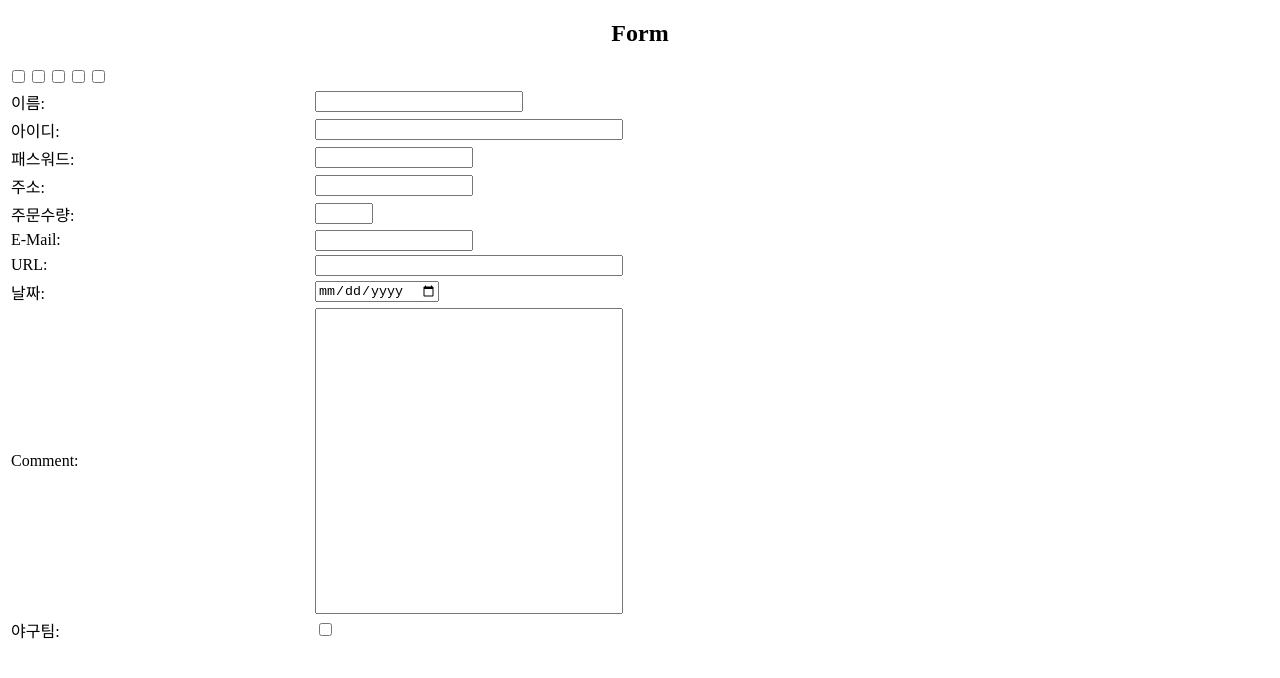
Repository: gyujin91/JSP
Page: web01/src/main/webapp/form.html
These files come from the project's save history. The page is drawn as it stood at one moment and after the next save; the edit follows.
The browser window is 1280 px wide. The pictures show the whole page.

Above is the page before, as saved 2022-04-22 05:36:18.

### web01/src/main/webapp/form.html
<!DOCTYPE html>
<html>
<head>
<meta charset="UTF-8">
<link rel="stylesheet" type="text/css" href="">
<style>
.form{text-align: center;}
.input1{width: 200px;}
.input2{width:300px;}
.input3{width:150px;}
.input4{width:150px;}
.input5{width:50px;}
.input6{width:150px;}
.input7{width:300px;}
.input8{width: 300px; height: 300px;}
.td1{width:300px}
</style>

<title>Form Sample</title>
</head>
<body>
	<h2 class="form">Form</h2>
	<form action="loginPro.jsp" method="post" name="twin">
        <table>
            <tr>
                <td class="td1">이름:</td>
                <td><input type="text" name="name" class="input1"></td>
            </tr>
            <tr>
            	<td class="td1">아이디:
            	<td><input type="text" name="uid"  class="input2"></td>
            </tr>
            <tr>
            	<td class="td1">패스워드:
            	<td><input type="password" name="upw" class="input3"></td>
            </tr>
            <tr>
            	<td class="td1">주소:
            	<td><input type="text" name="adrr" class="input4"></td>
            </tr>
            <tr>
            	<td class="td1">주문수량:
            	<td><input type="text" name="ordercount" class="input5"></td>
            </tr>
            <tr>
            	<td class="td1">E-Mail:
            	<td><input type="email" name="eamil" class="input6"></td>
            </tr>
            <tr>
            	<td class="td1">URL:
            	<td><input type="url" name="url" class="input7"></td>
            </tr>
            <tr>
            	<td class="td1">날짜:
            	<td><input type="date" name="date"></td>
            </tr>
            <tr>
            	<td class="td1">Comment:
            	<td><input type="text" name="comment" class="input8"></td>
            </tr>
            <tr>
            	<td class="td1">야구팀:
            	<td><input type="checkbox" name="check" value="두산" class="input9"></td>
            	<input type="checkbox" name="check" value="NC" class="input9">
            	<input type="checkbox" name="check" value="LG" class="input9">
            	<input type="checkbox" name="check" value="SK" class="input9">
            	<input type="checkbox" name="check" value="KIA" class="input9">
            	<input type="checkbox" name="check" value="Samsung" class="input9">
            </tr>



        </table>




</body>
</html>

After the next save:
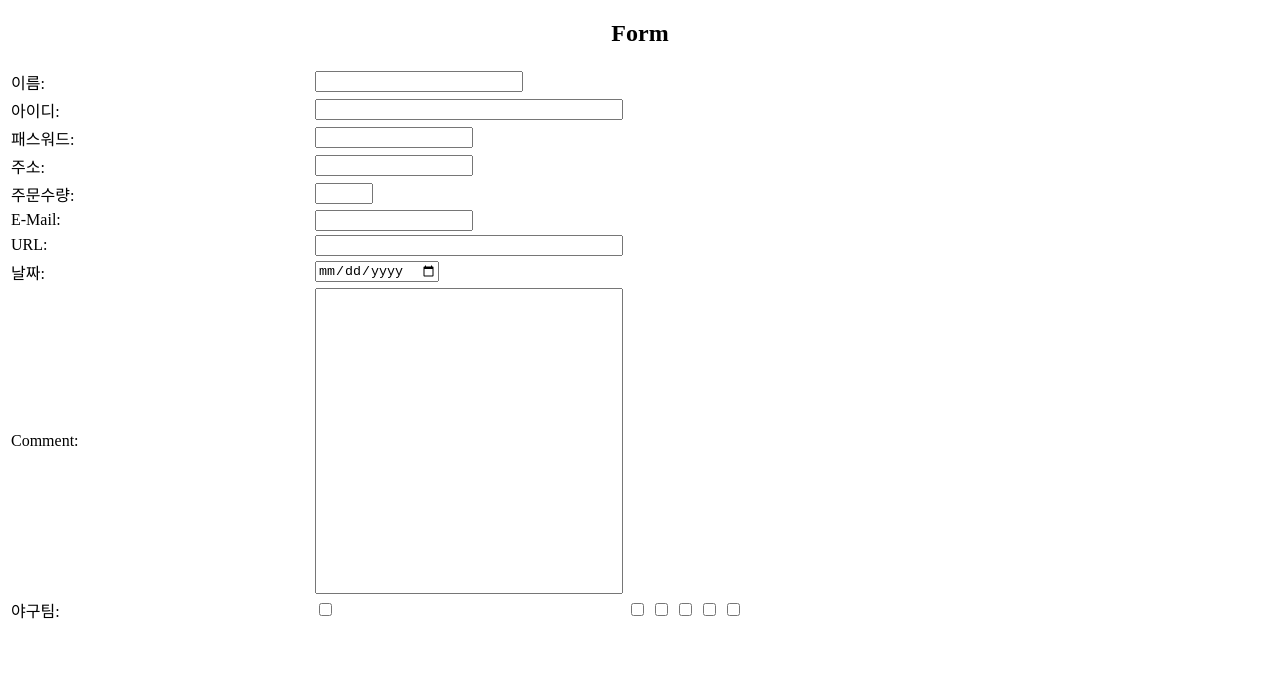
Saved 47 s later.
--- a/web01/src/main/webapp/form.html
+++ b/web01/src/main/webapp/form.html
@@ -60,12 +60,12 @@
             </tr>
             <tr>
             	<td class="td1">야구팀:
-            	<td><input type="checkbox" name="check" value="두산" class="input9"></td>
-            	<input type="checkbox" name="check" value="NC" class="input9">
-            	<input type="checkbox" name="check" value="LG" class="input9">
-            	<input type="checkbox" name="check" value="SK" class="input9">
-            	<input type="checkbox" name="check" value="KIA" class="input9">
-            	<input type="checkbox" name="check" value="Samsung" class="input9">
+            	<td><lable><input type="checkbox" name="check" value="두산" class="input9"></lable></td>
+            	<td><lable><input type="checkbox" name="check" value="NC" class="input9"></lable></td>
+            	<td><lable><input type="checkbox" name="check" value="LG" class="input9"></lable></td>
+            	<td><lable><input type="checkbox" name="check" value="SK" class="input9"></lable></td>
+            	<td><lable><input type="checkbox" name="check" value="KIA" class="input9"></lable></td>
+            	<td><lable><input type="checkbox" name="check" value="Samsung" class="input9"></lable></td>
             </tr>
 
 
